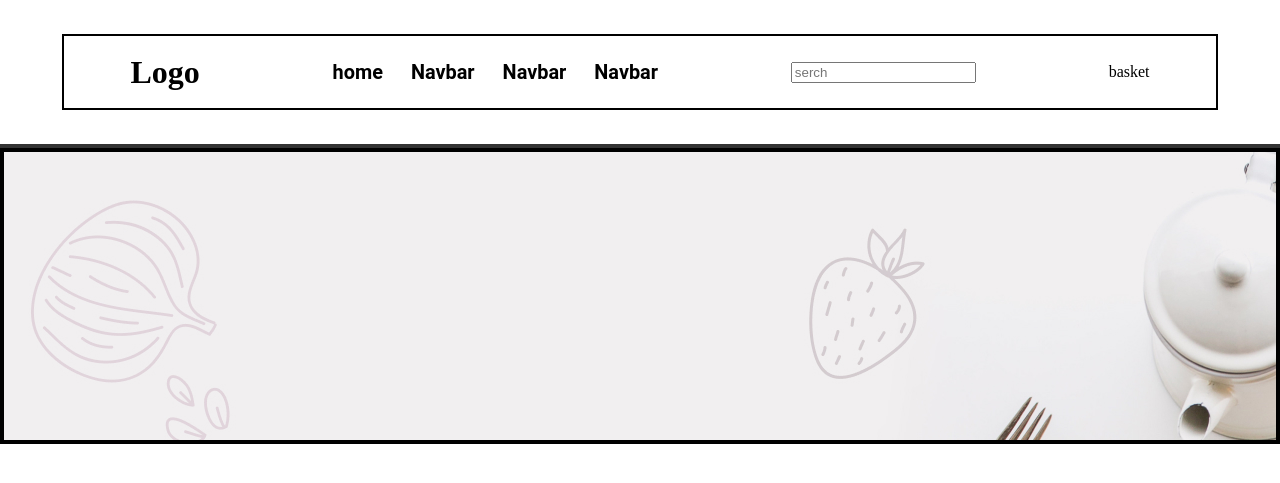
Repository: Islam432/Islam-and-Arsi---team
Page: /
An editor plug-in stored every save of this project. The page is shown before and after the next save, followed by the edit.
The browser window is 1280 px wide. The pictures show the whole page.
The project was rebuilt for these pictures with package versions that can differ from the ones it lists, and the page was loaded fresh each time. Also part of the build but not shown: vite.config.js, src/App.css, src/components/Comp/Comp.jsx.

Above is the page before, as saved 2023-03-11 23:03:24.

After the next save:
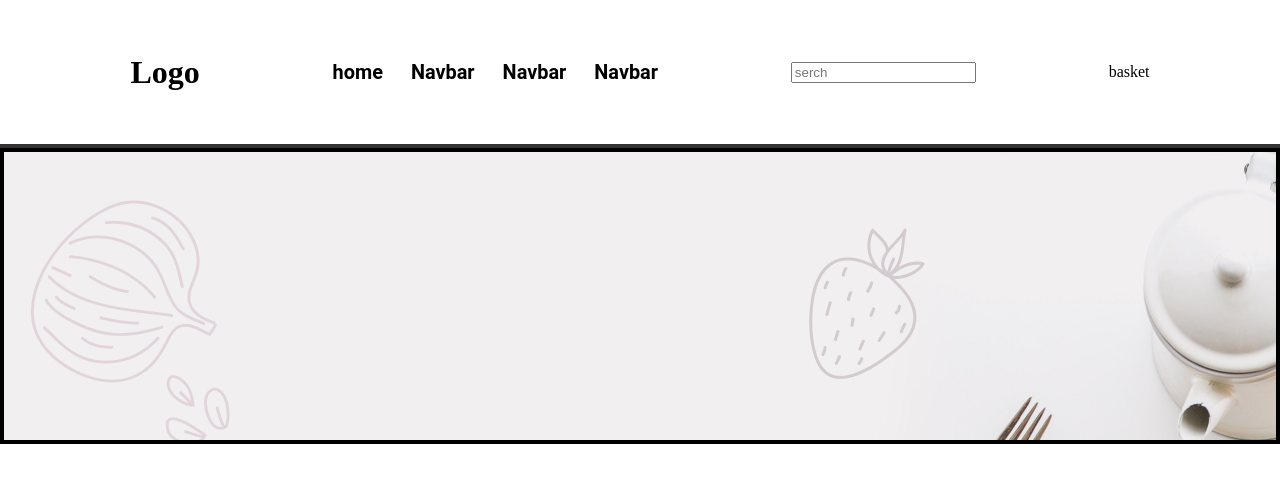
Saved 22 s later.
--- a/src/components/Navbar/Navbar.module.css
+++ b/src/components/Navbar/Navbar.module.css
@@ -14,7 +14,7 @@ border-bottom: 4px solid #333;
   justify-content: space-around;
   width: 90%;
   height: 10vh;
-  border: 2px solid black;
+
 }
 .navbar {
   display: flex;
